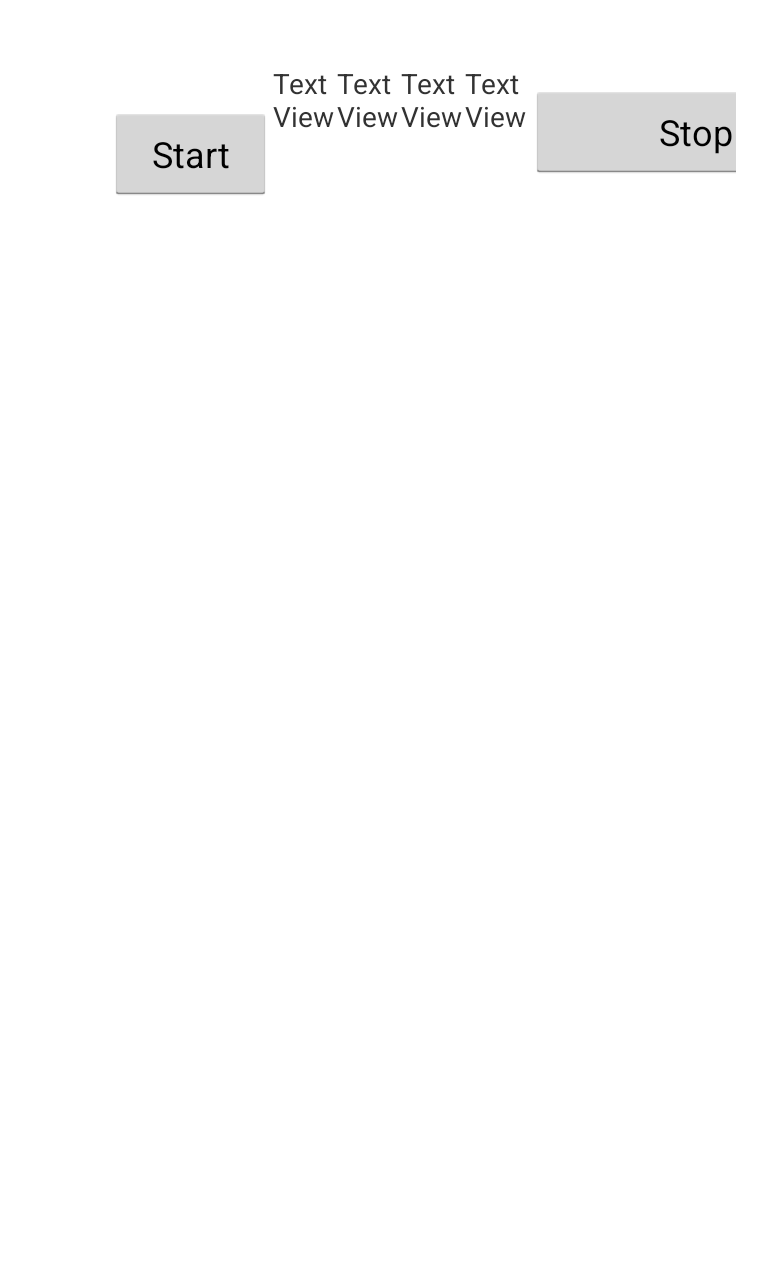
Repository: rjauquet/Android-ECE454
Layout: StopWatch/res/layout/activity_main.xml
An editor plug-in stored every save of this project. The layout is shown before and after the next save, followed by the edit.
It is drawn on a 768 x 1280 px phone screen (xhdpi) without system bars, with theme AppTheme; the app's code is not run.

Above is the layout before, as saved 2013-09-05 22:15:34.

After the next save:
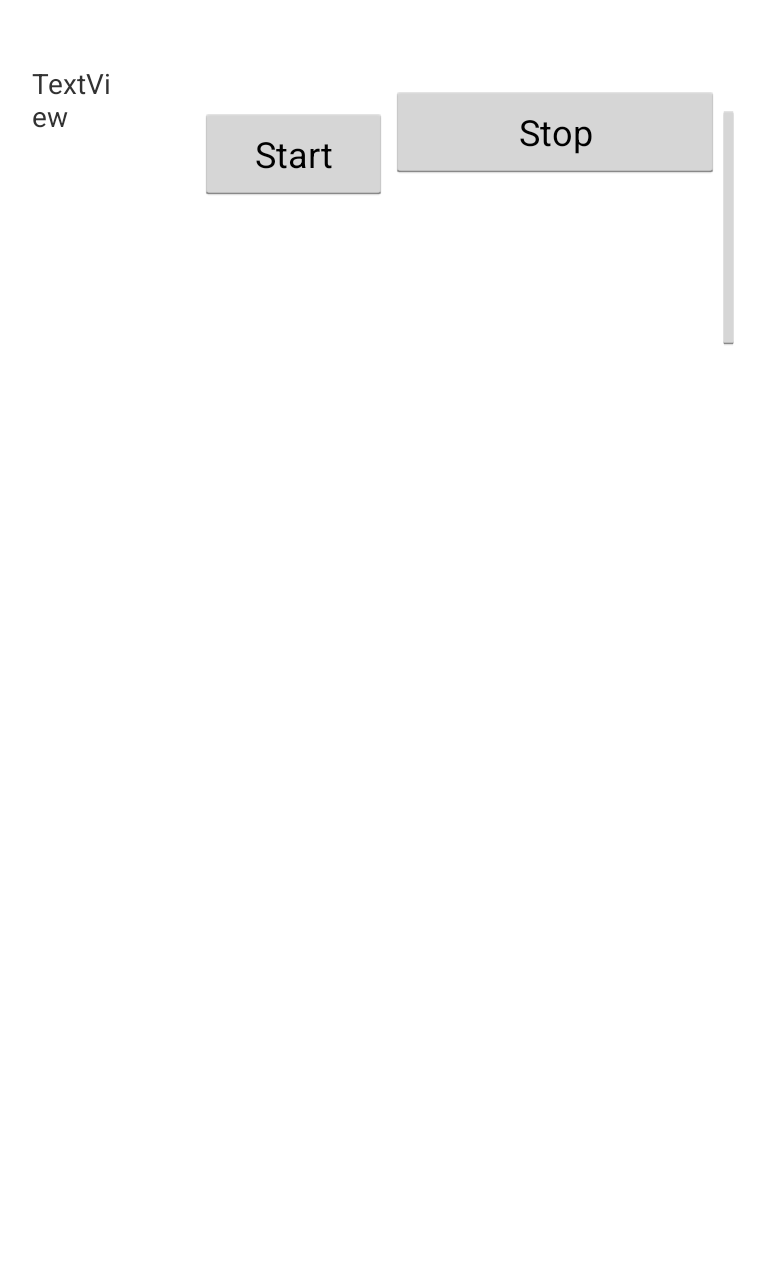
Saved 59 s later.
--- a/StopWatch/res/layout/activity_main.xml
+++ b/StopWatch/res/layout/activity_main.xml
@@ -8,6 +8,13 @@
     android:paddingTop="@dimen/activity_vertical_margin"
     tools:context=".MainActivity" >
 
+    <TextView
+        android:id="@+id/timeView"
+        android:layout_width="wrap_content"
+        android:layout_height="wrap_content"
+        android:layout_weight="0.03"
+        android:text="TextView" />
+
     <Button
         android:id="@+id/start"
         android:layout_width="108dp"
@@ -16,34 +23,6 @@
         android:layout_marginTop="37dp"
         android:layout_weight="0.03"
         android:text="Start" />
-
-    <TextView
-        android:id="@+id/hoursView"
-        android:layout_width="wrap_content"
-        android:layout_height="wrap_content"
-        android:layout_weight="0.03"
-        android:text="TextView" />
-
-    <TextView
-        android:id="@+id/minutesView"
-        android:layout_width="wrap_content"
-        android:layout_height="wrap_content"
-        android:layout_weight="0.03"
-        android:text="TextView" />
-
-    <TextView
-        android:id="@+id/secondsView"
-        android:layout_width="wrap_content"
-        android:layout_height="wrap_content"
-        android:layout_weight="0.03"
-        android:text="TextView" />
-
-    <TextView
-        android:id="@+id/milisecondsView"
-        android:layout_width="wrap_content"
-        android:layout_height="wrap_content"
-        android:layout_weight="0.03"
-        android:text="TextView" />
 
     <Button
         android:id="@+id/stop"
